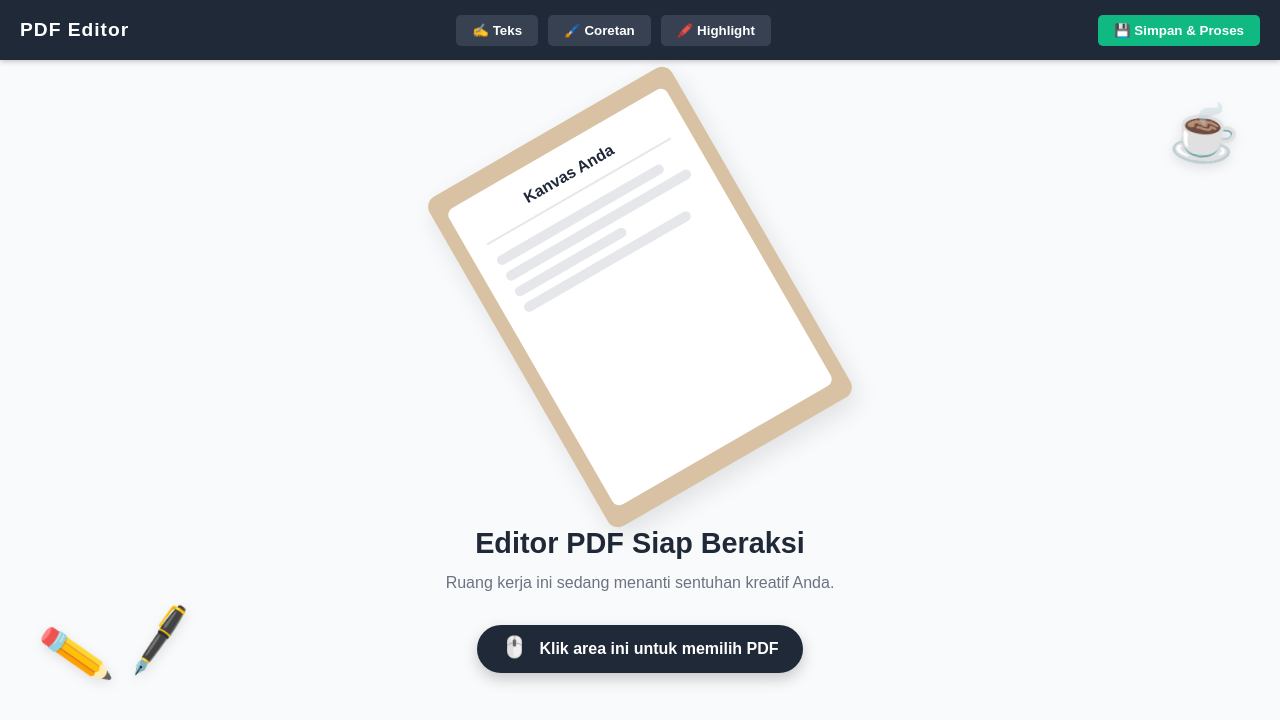
Repository: IkhsanMoekhtar/pdf_editor
Page: /
The author's editor kept a copy of each file at every save. The page is drawn from the files as they stood at one save, then again after the next save.
The browser window is 1280 px wide. The pictures show the whole page.
The project was rebuilt for these pictures with package versions that can differ from the ones it lists, and the page was loaded fresh each time. Also part of the build but not shown: vite.config.js.

Above is the page before, as saved 2026-03-18 04:57:47.

After the next save:
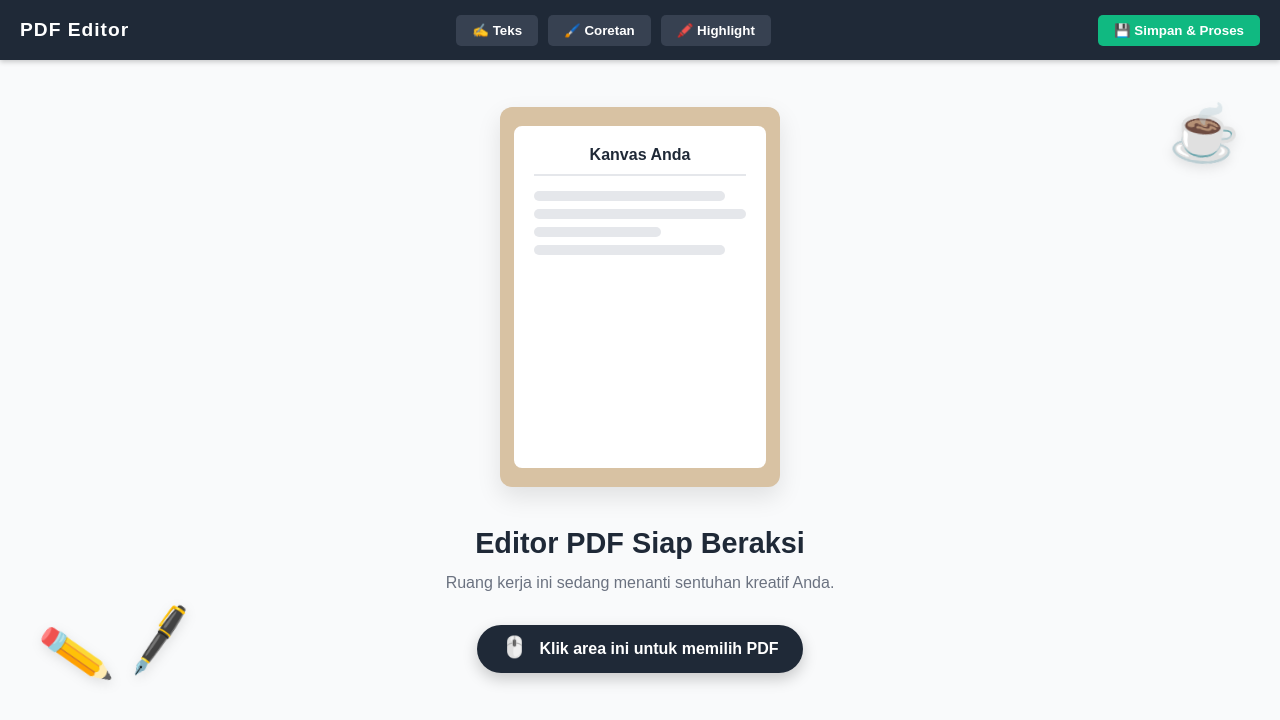
Saved 5 s later.
--- a/src/App.css
+++ b/src/App.css
@@ -82,7 +82,7 @@
   background-color: #d8c2a3;
   border-radius: 12px;
   box-shadow: 0 10px 25px rgba(0,0,0,0.1);
-  transform: rotate(-30deg);
+  transform: rotate(-360deg);
   position: relative;
   display: flex; align-items: center; justify-content: center;
   margin-bottom: 40px;
